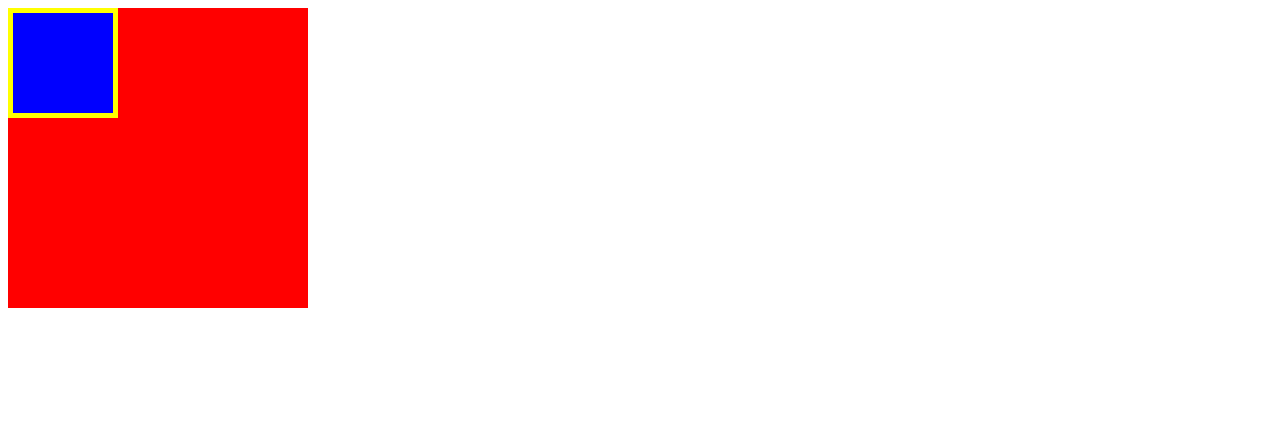
Repository: nashiworio1011/git-kadi1
Page: box/box.html
The author's editor kept a record of every edit. The page is drawn from the files as they stood at one moment, then again after the next edit.
The browser window is 1280 px wide. The pictures show the whole page.

Above is the page before.

### box/box.html
<!DOCTYPE html>
<html lang="ja">
  <head>
    <meta charset="UTF-8" />
    <!-- CSSファイルの読み込み -->
    <link rel="stylesheet" href="box.css" />
    <title>BOX</title>
  </head>

  <body>
    <!-- box1用のdiv -->
    <div class="box1">
     <div class="box2">
     </div>
  </body>
</html>

### box/box.css
.box1 {
  width: 300px;
  height: 300px;
  background-color: red;
}

.box2 {
  width: 100px;
  height: 100px;
  background-color: blue;
  border: 5px solid yellow;
}

After the next edit:
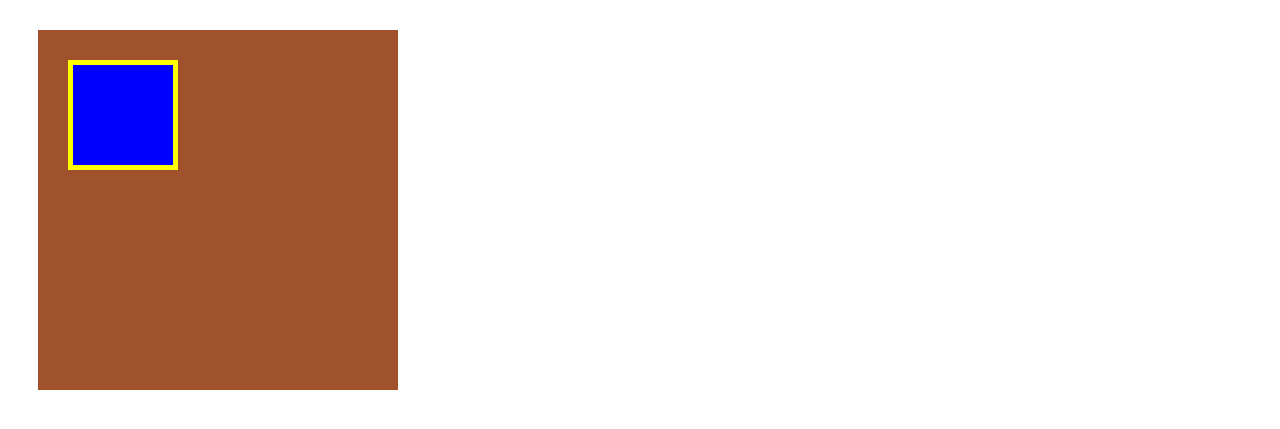
The edit:
--- a/box/box.css
+++ b/box/box.css
@@ -1,7 +1,9 @@
 .box1 {
   width: 300px;
   height: 300px;
-  background-color: red;
+  background-color: #a0522d;
+  margin: 30px;
+  padding: 30px;
 }
 
 .box2 {
